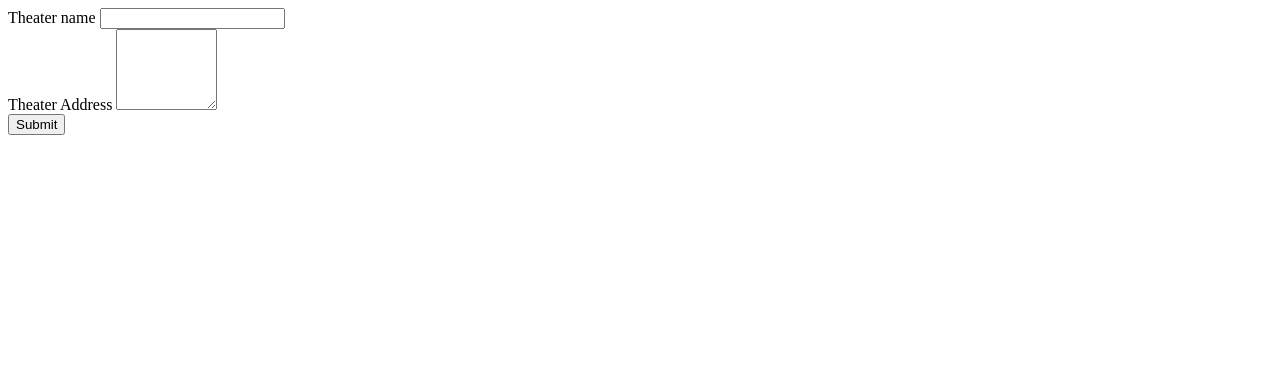
Repository: Anwithgowda/bank-app
Page: http://localhost/movie-book-app/addtheater.jsp
The author's editor kept a copy of each file at every save. The page is drawn from the files as they stood at one save, then again after the next save.
The browser window is 1280 px wide. The pictures show the whole page.
The page is served by Tomcat 10.

Above is the page before, as saved 2024-03-01 11:08:08.

After the next save:
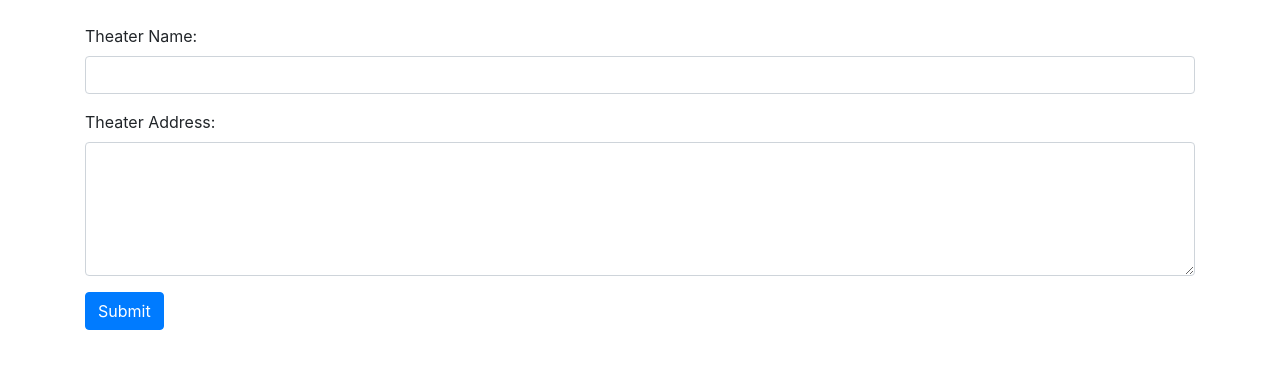
Saved 8 min 36 s later.
--- a/movieapp/movie-book-app/src/main/webapp/addtheater.jsp
+++ b/movieapp/movie-book-app/src/main/webapp/addtheater.jsp
@@ -1,18 +1,36 @@
-<%@ page language="java" contentType="text/html; charset=ISO-8859-1"
-    pageEncoding="ISO-8859-1"%>
 <!DOCTYPE html>
-<html>
+<html lang="en">
 <head>
-<meta charset="ISO-8859-1">
-<title>Insert title here</title>
+    <meta charset="UTF-8">
+    <meta name="viewport" content="width=device-width, initial-scale=1.0">
+    <title>Add Theater</title>
+    <!-- Include Bootstrap CSS -->
+    <link href="https://stackpath.bootstrapcdn.com/bootstrap/4.3.1/css/bootstrap.min.css" rel="stylesheet">
 </head>
 <body>
+    <div class="container mt-4">
+        <form action="savetheater" method="post">
 
-<form action="savetheater" method="post" >
-  Theater name <input type="text" name="name"><br>
- Theater Address <textarea rows="5" cols="10" name="address"></textarea><br>
-  <input type="submit" value="Submit">
+            <!-- Theater Name Input -->
+            <div class="form-group">
+                <label for="name">Theater Name:</label>
+                <input type="text" class="form-control" id="name" name="name" required>
+            </div>
 
-</form>
+            <!-- Theater Address Input -->
+            <div class="form-group">
+                <label for="address">Theater Address:</label>
+                <textarea class="form-control" id="address" name="address" rows="5" required></textarea>
+            </div>
+
+            <!-- Submit Button -->
+            <button type="submit" class="btn btn-primary">Submit</button>
+        </form>
+    </div>
+
+    <!-- Include Bootstrap JS and jQuery -->
+    <script src="https://code.jquery.com/jquery-3.3.1.slim.min.js"></script>
+    <script src="https://cdnjs.cloudflare.com/ajax/libs/popper.js/1.14.7/umd/popper.min.js"></script>
+    <script src="https://stackpath.bootstrapcdn.com/bootstrap/4.3.1/js/bootstrap.min.js"></script>
 </body>
 </html>
